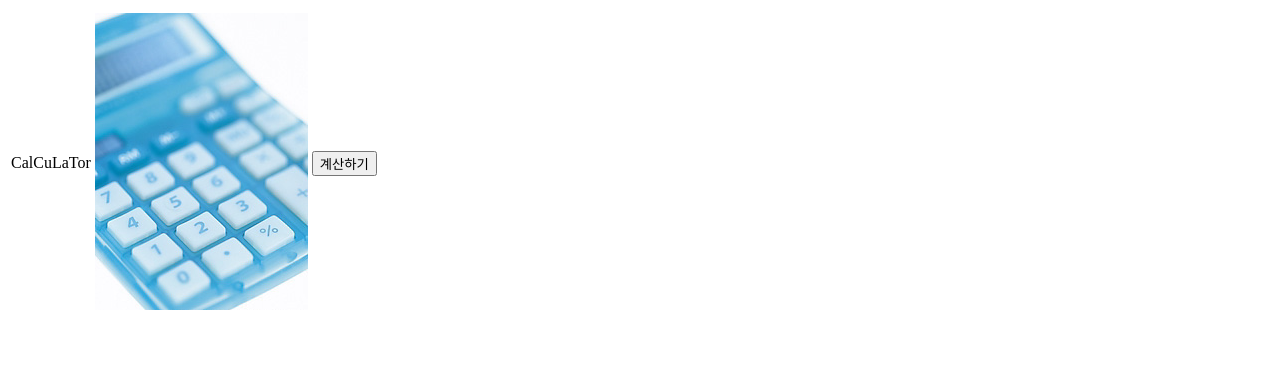
Repository: gyungmean/2020_2_webProgramming
Page: week3/week3/WebContent/Practice06/Practice06.html
These files come from the project's save history. The page is drawn as it stood at one moment and after the next save; the edit follows.
The browser window is 1280 px wide. The pictures show the whole page.

Above is the page before, as saved 2020-09-27 15:51:00.

After the next save:
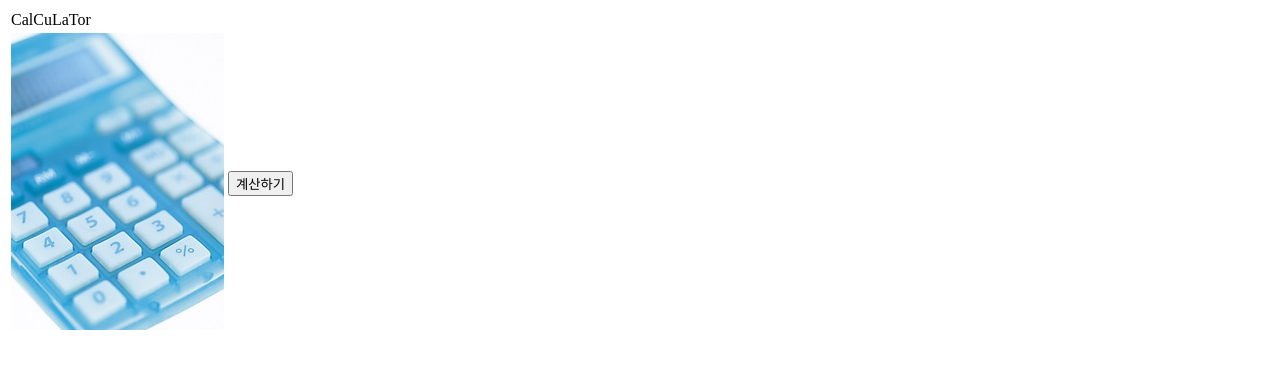
Saved 62 s later.
--- a/week3/week3/WebContent/Practice06/Practice06.html
+++ b/week3/week3/WebContent/Practice06/Practice06.html
@@ -18,7 +18,7 @@
 <body>
 	<table>
 		<tr>
-			<td rowspan="2">CalCuLaTor</td>
+			<td colspan="2">CalCuLaTor</td>
 		</tr>
 		<tr>
 			<td><img src="image/cal.jpg"></td>
